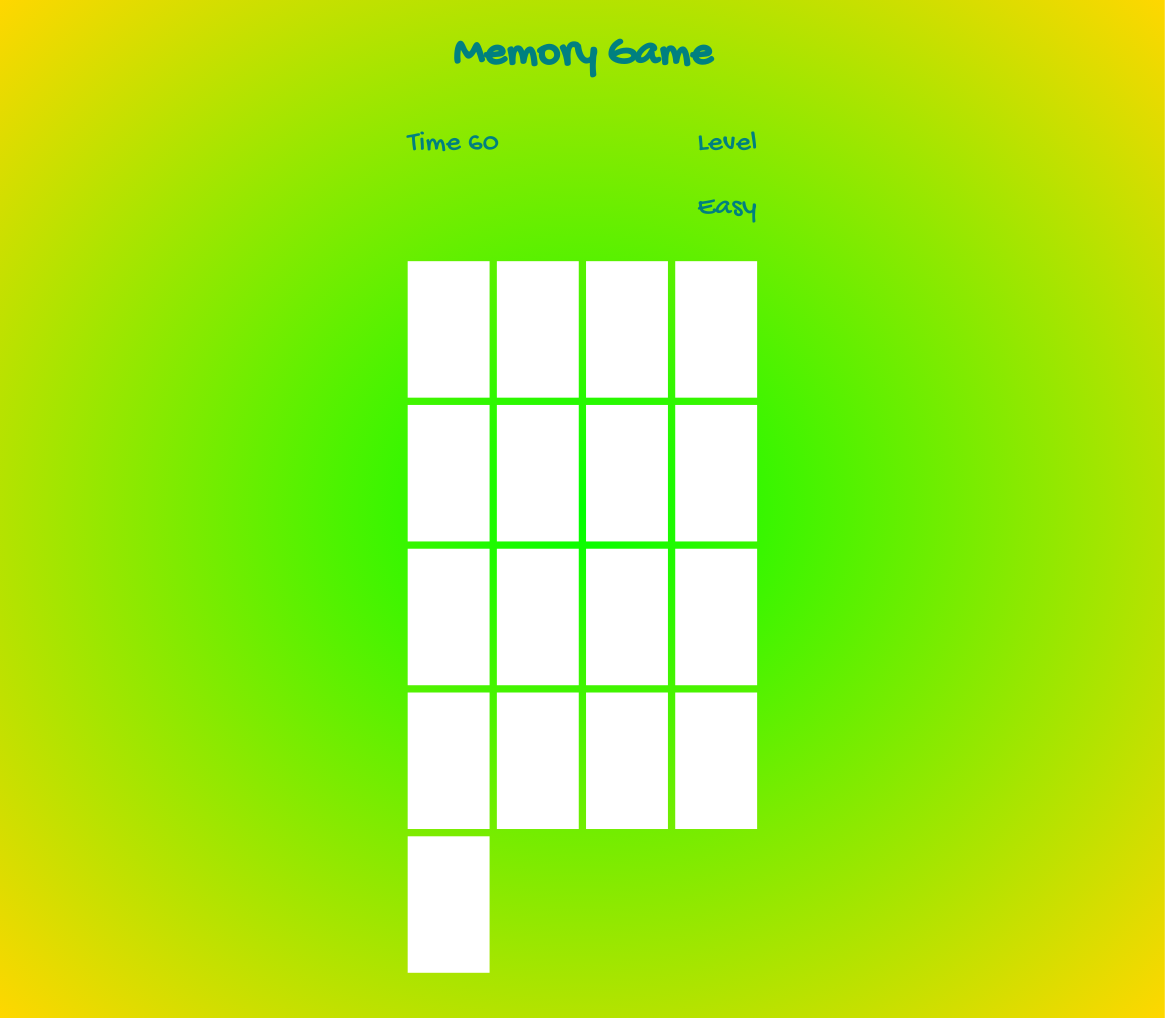
Repository: lauramika/Memory-Game
Page: index.html
The author's editor kept a record of every edit. The page is drawn from the files as they stood at one moment, then again after the next edit.
The browser window is 1280 px wide. The pictures show the whole page, at 91% of full size.

Above is the page before.

### index.html
<!DOCTYPE html>
<html lang = 'en'>
    <head>
        <link rel="stylesheet" href="style.css" type="text/css" />
        <title>Memory Game</title>
    </head>
    <body>
        <h1 class="title-game">Memory Game</h1>
        <div class="main-container">
            <div class= "rules-container">
                <div class="time-container">
                    Time <span id="time-left">60</span>
                </div>
                <div class="level-container">
                    Level <p id="level">Easy</p>
                </div>
            </div>
            <div class="cards"></div>
            <div class="cards"></div>
            <div class="cards"></div>
            <div class="cards"></div>
            <div class="cards"></div>
            <div class="cards"></div>
            <div class="cards"></div>
            <div class="cards"></div>
            <div class="cards"></div>
            <div class="cards"></div>
            <div class="cards"></div>
            <div class="cards"></div>
            <div class="cards"></div>
            <div class="cards"></div>
            <div class="cards"></div>
            <div class="cards"></div>
            <div class="cards"></div>
        </div>
    </body>
</html>

### style.css
@import url('https://fonts.googleapis.com/css?family=Gochi+Hand&display=swap');
* {
    box-sizing: border-box;
}
html {
    min-height: 100vh;
}
body {
    margin: 0;
    background: radial-gradient(lime, gold);
    font-family: 'Gochi Hand', cursive;
}
.title-game {
    color: teal;
    text-align: center;
    font-size: 3em;
}
.main-container {
    color: teal;
    font-size: 2em;
}
.rules-container {
    grid-column: 1 / -1;
    display: flex;
    justify-content: space-between;
   /* display: grid;
    grid-template-columns: auto auto;*/
}
.main-container {
    display: grid;
    grid-template-columns: repeat(4, auto);
    grid-gap: 8px;
    margin: 50px;
    justify-content: center;

}

.cards {
    background-color: white;
    height: 150px;
    width: 90px;
}

After the next edit:
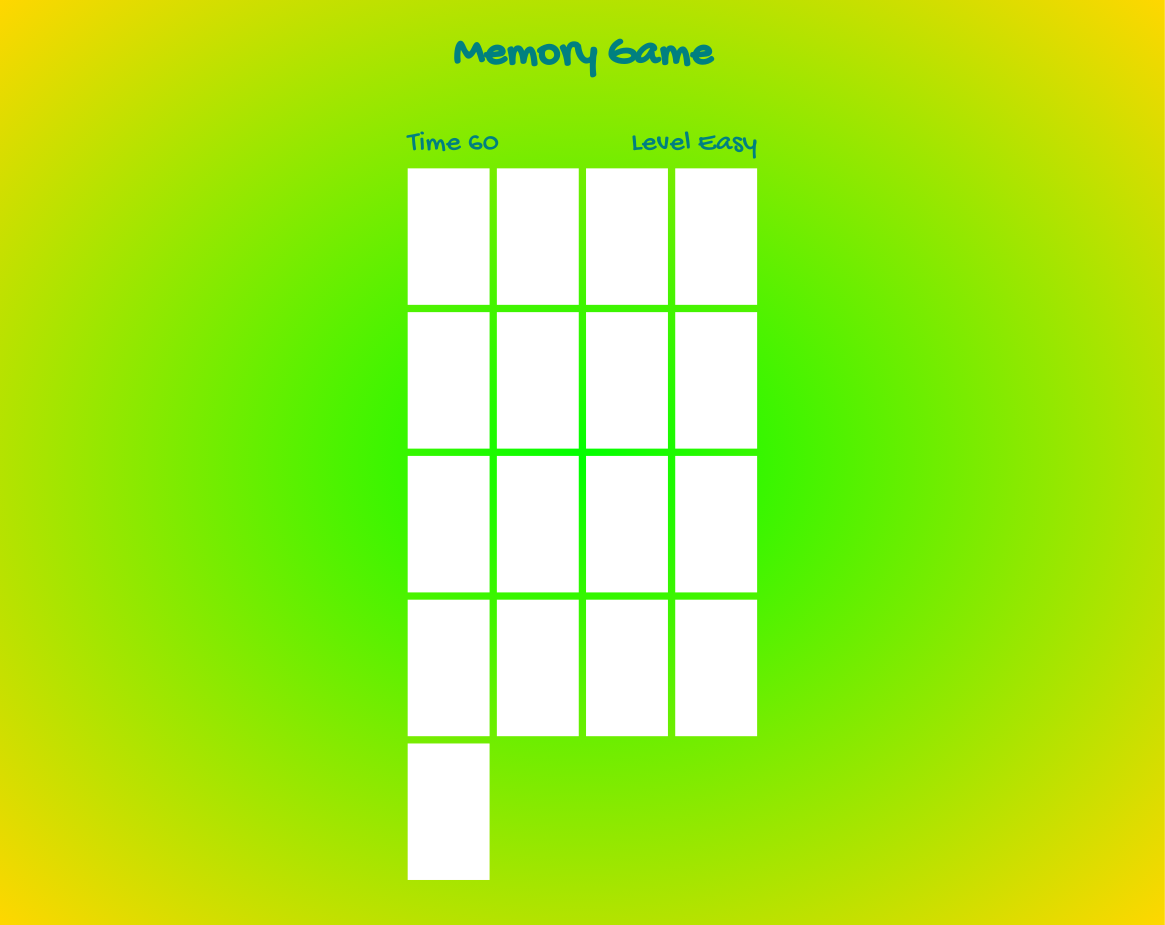
The edit:
--- a/index.html
+++ b/index.html
@@ -12,7 +12,7 @@
                     Time <span id="time-left">60</span>
                 </div>
                 <div class="level-container">
-                    Level <p id="level">Easy</p>
+                    Level <span id="level">Easy</span>
                 </div>
             </div>
             <div class="cards"></div>
